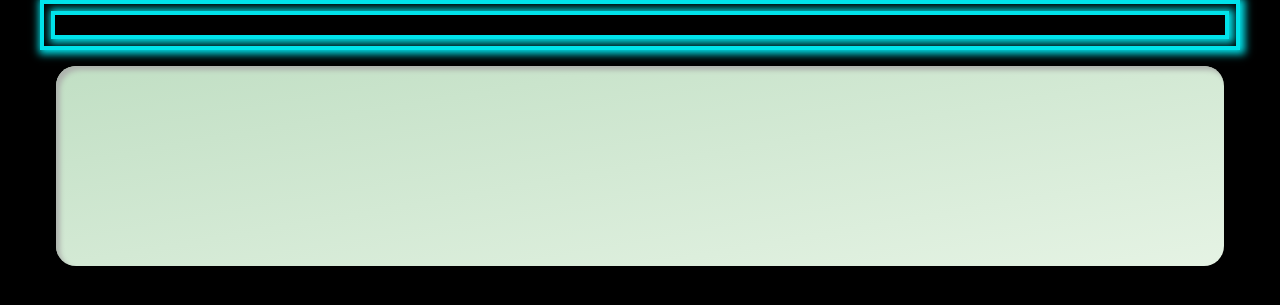
Repository: KhangNguyen3006/WebUI-UX
Page: /
The author's editor kept a copy of each file at every save. The page is drawn from the files as they stood at one save, then again after the next save.
The browser window is 1280 px wide. The pictures show the whole page.
The project was rebuilt for these pictures with package versions that can differ from the ones it lists, and the page was loaded fresh each time. Also part of the build but not shown: src/App.css.

Above is the page before, as saved 2023-05-04 00:03:40.

After the next save:
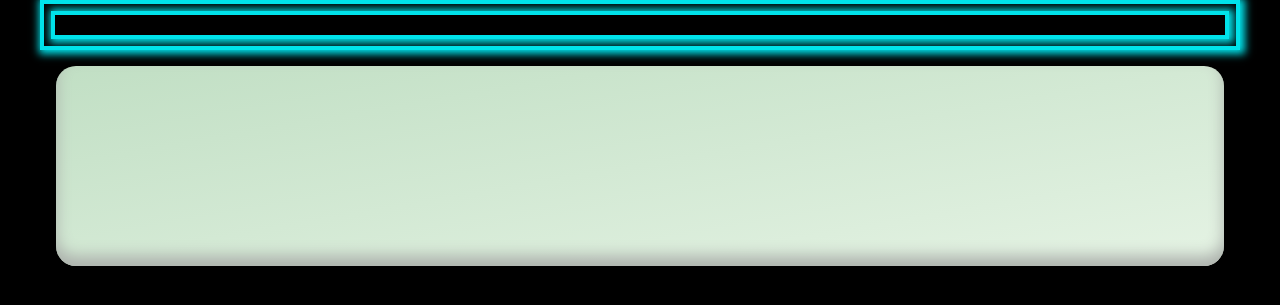
Saved 5 min 18 s later.
--- a/src/assets/css/Home.css
+++ b/src/assets/css/Home.css
@@ -13,7 +13,7 @@
 .rectangle-linear-gradient {
     height: 200px;
     border-radius: 20px;
-    box-shadow:inset 4px 4px 5px #ADB2AD;
+    box-shadow: 0px -10px 15px #ADB2AD inset;
     background-image: linear-gradient(to bottom right, #C1DFC4, #E5F3E4);
 }
 
